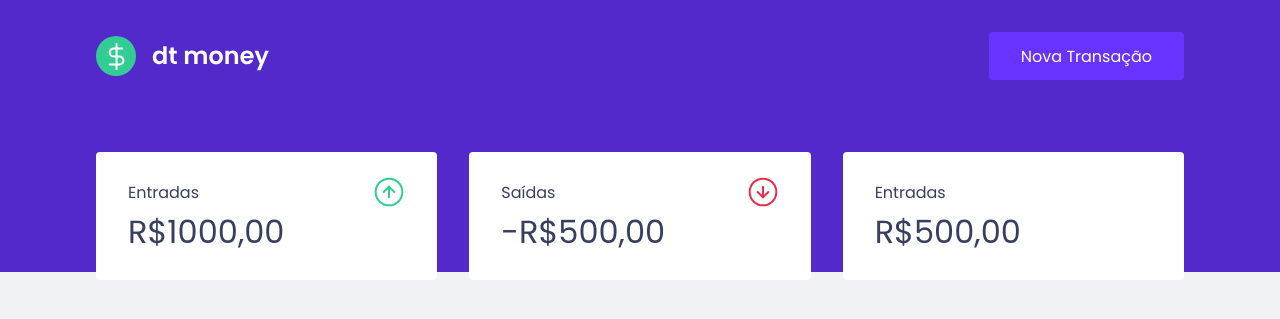
Repository: FreitasGabriel/dtmoney
Page: /
An editor plug-in stored every save of this project. The page is shown before and after the next save, followed by the edit.
The browser window is 1280 px wide. The pictures show the whole page.
The project was rebuilt for these pictures with package versions that can differ from the ones it lists, and the page was loaded fresh each time.

Above is the page before, as saved 2021-03-15 21:14:42.

### public/index.html
<!DOCTYPE html>
<html lang="en">

<head>
    <link rel="preconnect" href="https://fonts.gstatic.com">
    <meta charset="UTF-8">
    <meta name="viewport" content="width=device-width, initial-scale=1.0">
    <link rel="shortcut icon" href="favicon.png" type="image/png">
    <link href="https://fonts.googleapis.com/css2?family=Poppins:wght@400;500;600&display=swap" rel="stylesheet">
    <title>DT Money</title>
</head>

<body>
    <div id="root"></div>
</body>

</html>

### src/App.tsx
import { Dashboard } from "./components/Dashboard";
import { Header } from "./components/Header";
import { GlobalStyle } from "./styles/global"

export default function App() {
  return (
    <>
      <Header />
      <Dashboard />
      <GlobalStyle />
    </>
  );
}

### src/components/Dashboard/index.tsx
import { Summary } from '../Summary'
import { Container } from './styles'

export function Dashboard() {
    return (
        <Container>
            <Summary />
        </Container>
    )
}

### src/components/Header/index.tsx
import logoImg from "../../assets/logo.svg"
import { Container, Content } from "./styles"

export function Header() {
    return (
        <Container>
            <Content>
                <img src={logoImg} alt="dt money" />
                <button type="button">
                    Nova Transação
                </button>
            </Content>
        </Container>
    )
}

### src/styles/global.ts
import { createGlobalStyle } from 'styled-components'

export const GlobalStyle = createGlobalStyle`

    :root {
        --background: #F0F2F5;
        --shape: #FFFFFF;

        --red: #E52E4D;
        --blue: #5429CC;

        --blue-light: #6933FF;
        --text-title: #363F5F;
        --text-body: #969CB3;

    }

    * {
        margin: 0;
        padding: 0;
        box-sizing: border-box;
    }

    //font-size: 16px - padrão(Desktop)
    html {
        @media(max-width: 1080px){
            font-size: 93.75%; // Vai fazer com que o font-size tenha 15px
        }

        @media(max-width: 720px){
            font-size: 87.5%; // Vai fazer com que o font-size tenha 14px
        }
    }

    // REM = 1rem = font-size padrão da página.

    body {
        background: var(--background);
        -webkit-font-smoothing: antialiased;
    }

    body, input, textarea, button {
        font-family: 'Poppins', sans-serif;
        font-weight: 400;
    }

    h1, h2, h3, h4, h5, h6, strong{
        font-weight: 600;
    }

    button {
        cursor: pointer;
    }

    [disabled] {
        opacity: 0.6;
        cursor: not-allowed;
    }


`

### src/components/Summary/index.tsx
import incomeImg from '../../assets/income.svg'
import outcomeImg from '../../assets/outcome.svg'
import totalImg from '../../assets/total.svg'

import { Container } from './styles'

export function Summary() {
    return (
        <Container>
            <div>
                <header>
                    <p>Entradas</p>
                    <img src={incomeImg} alt="Entradas" />
                </header>
                <strong>R$1000,00</strong>
            </div>
            <div>
                <header>
                    <p>Saídas</p>
                    <img src={outcomeImg} alt="Saídas" />
                </header>
                <strong>-R$500,00</strong>
            </div>
            <div>
                <header>
                    <p>Entradas</p>
                    <img src={totalImg} alt="Total" />
                </header>
                <strong>R$500,00</strong>
            </div>
        </Container>
    )
}

### src/components/Dashboard/styles.ts
import styled from 'styled-components'

export const Container = styled.main`
    max-width: 1120px;
    margin: 0 auto;
    padding: 2.5rem 1rem;
`

### src/components/Header/styles.ts
import styled from 'styled-components'

export const Container = styled.header`
    background: var(--blue);
`

export const Content = styled.div`
    max-width: 1120px;
    margin: 0 auto;

    padding: 2rem 1rem 12rem;
    display: flex;
    align-items: center;
    justify-content: space-between;

    button{
        font-size: 1rem;
        color: var(--shape);
        background: var(--blue-light);
        border: 0;
        padding: 0 2rem;
        border-radius: 0.25rem;
        height: 3rem;

        transition: filter 0.2s;

        &:hover{
            filter: brightness(0.9);
        }
    }


`

### src/components/Summary/styles.ts
import styled from 'styled-components'

export const Container = styled.div`
    display: grid;
    grid-template-columns: repeat(3, 1fr);
    gap: 2rem;
    margin-top: -10rem;

    div {
        background: var(--shape);
        padding: 1.5rem 2rem;
        border-radius: 0.25rem;
        color: var(--text-title);

        header {
            display: flex;
            align-items: center;
            justify-content: space-between;
        }

        strong {
            margin-top: 1rem;
            font-size: 2rem;
            font-weight: normal;
            line-height: 3rem;
        }
    }
`

Loaded but not shown: src/index.tsx (common file)

After the next save:
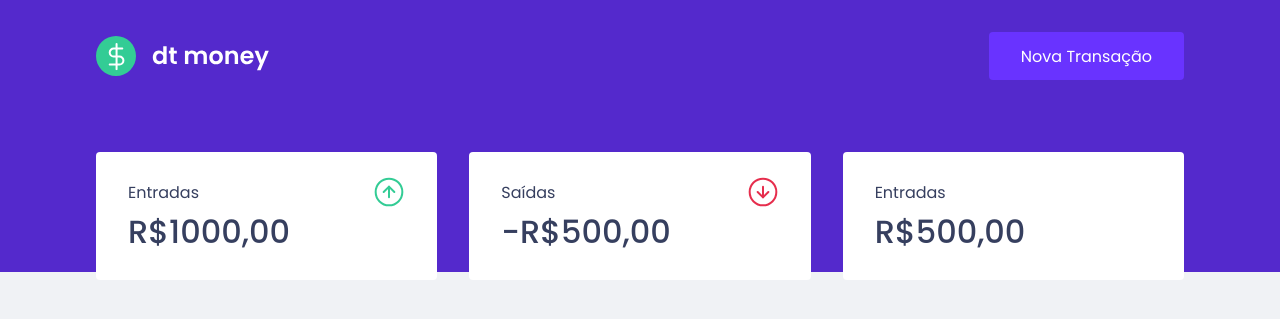
Saved 7 s later.
--- a/src/components/Summary/styles.ts
+++ b/src/components/Summary/styles.ts
@@ -21,7 +21,7 @@
         strong {
             margin-top: 1rem;
             font-size: 2rem;
-            font-weight: normal;
+            font-weight: 500;
             line-height: 3rem;
         }
     }
